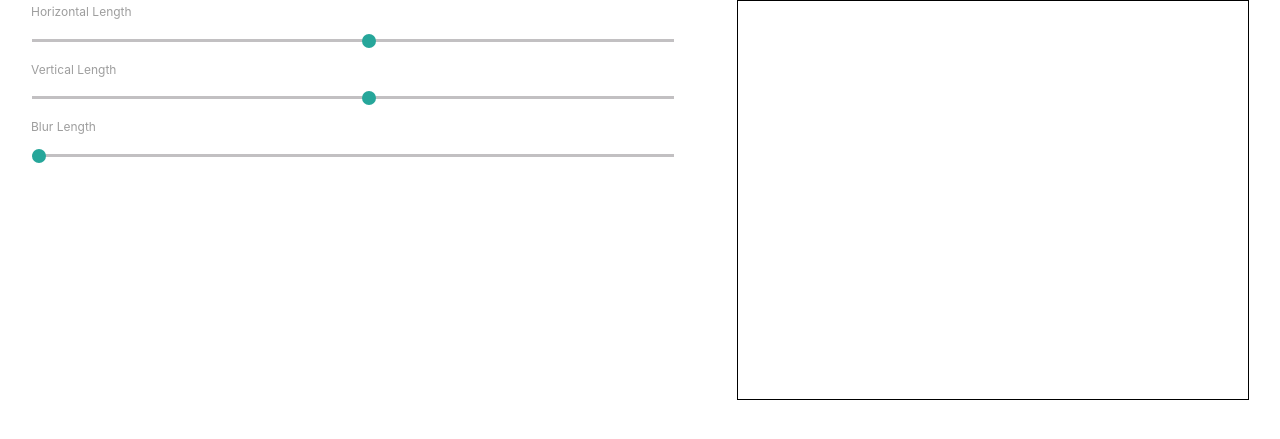
Repository: imrvj/Box-Shadow
Page: /
An editor plug-in stored every save of this project. The page is shown before and after the next save, followed by the edit.
The browser window is 1280 px wide. The pictures show the whole page.
The project was rebuilt for these pictures with package versions that can differ from the ones it lists, and the page was loaded fresh each time.

Above is the page before, as saved 2020-02-19 23:20:53.

After the next save:
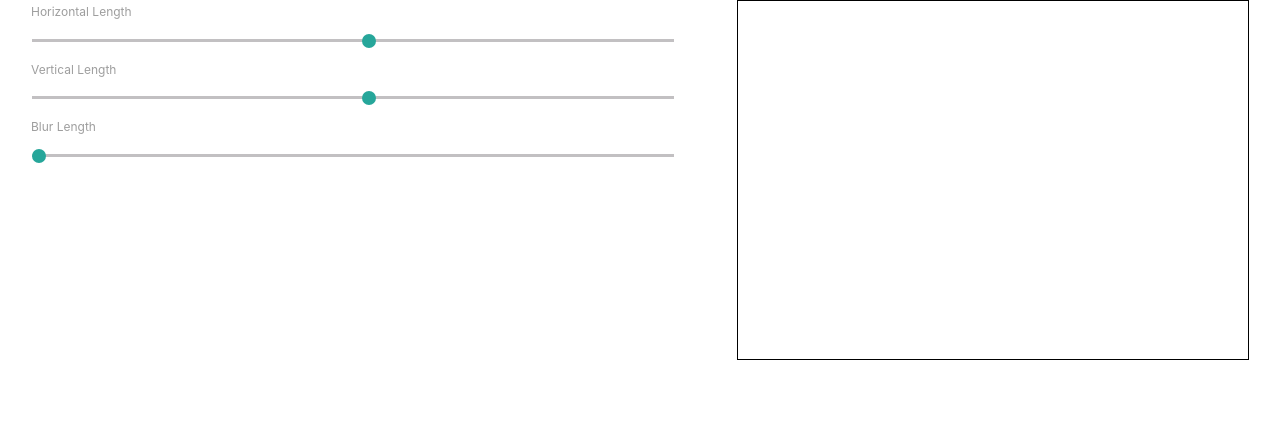
Saved 8 s later.
--- a/src/App.css
+++ b/src/App.css
@@ -7,6 +7,6 @@
 .Box
 {
     width: 40vw;
-    height: 400px;
+    height: 50vh;
     border: solid 1px black;
 }
